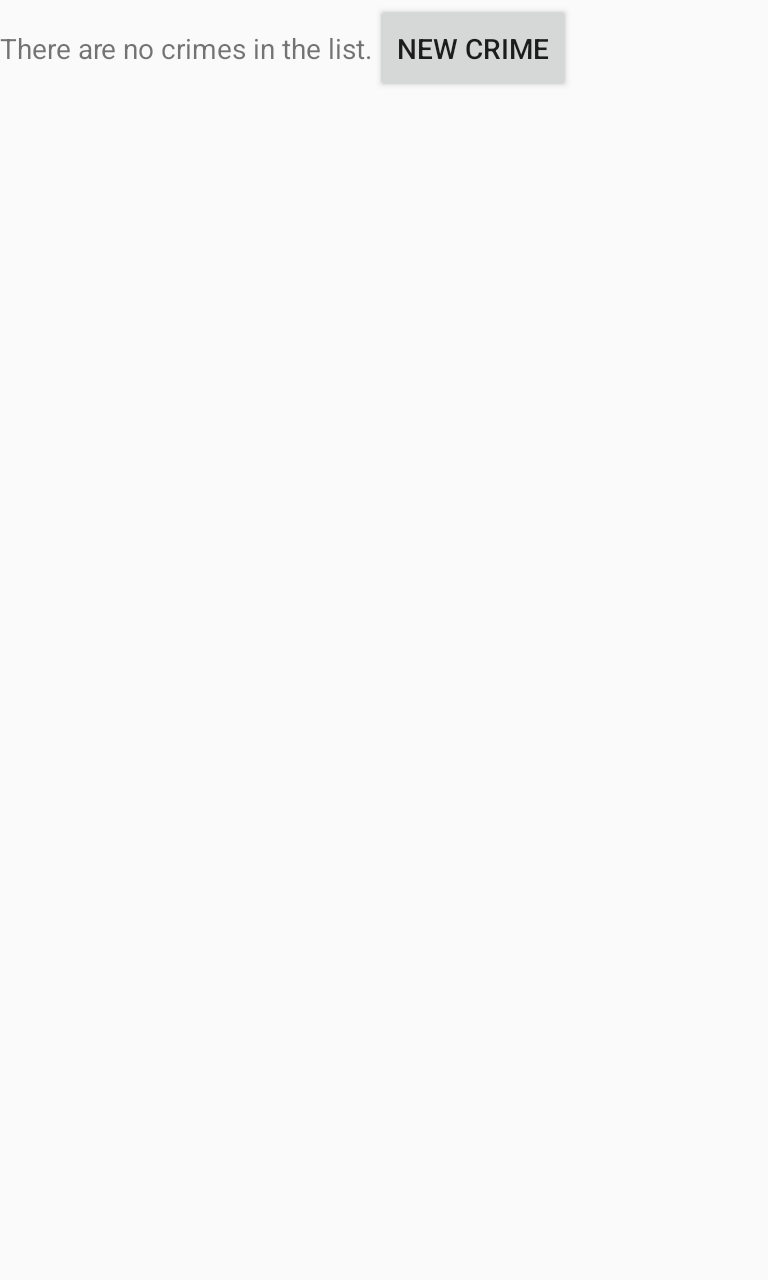
Repository: Jeedan/learning-android-apps
Layout: CriminalIntent/res/layout/fragment_list_empty.xml
The author's editor kept a copy of each file at every save. The layout is drawn from the files as they stood at one save, then again after the next save.
It is drawn on a 768 x 1280 px phone screen (xhdpi) without system bars, with theme AppTheme; the app's code is not run. Lists and similar views that code fills are empty.

Above is the layout before, as saved 2014-10-23 10:13:07.

After the next save:
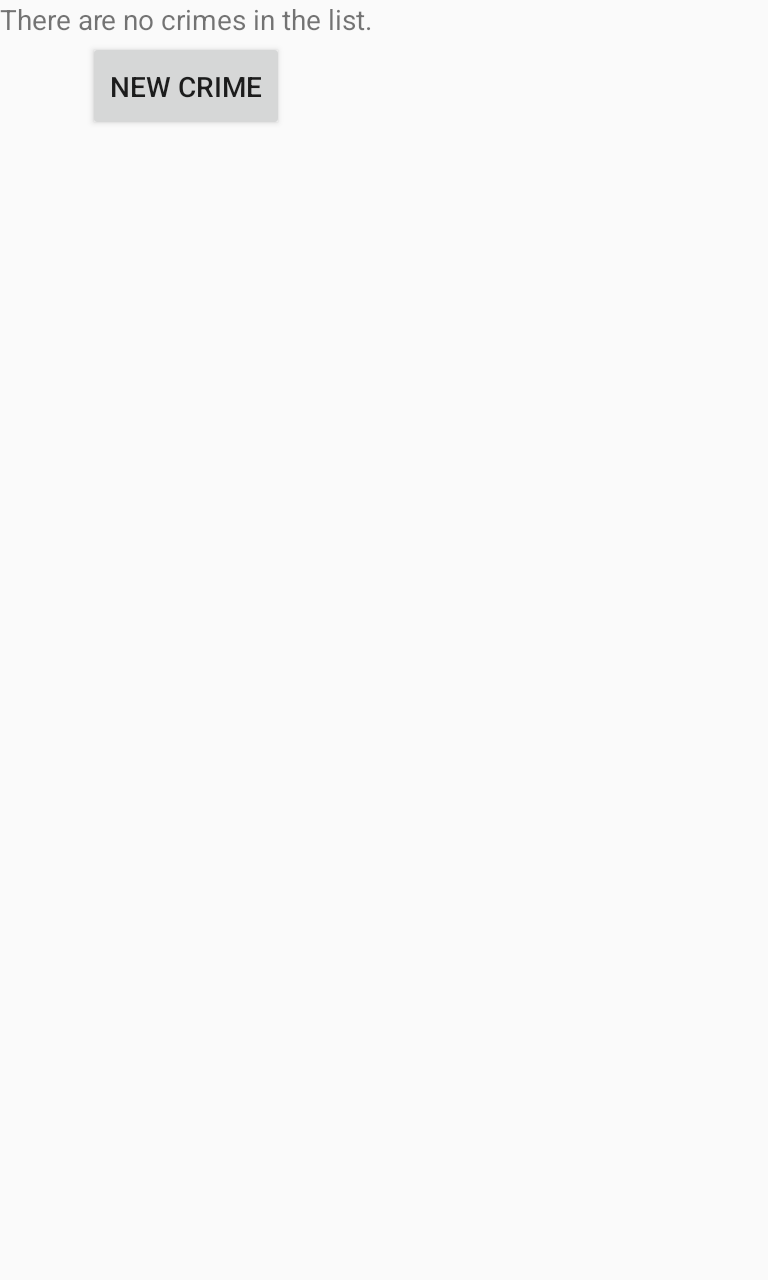
Saved 7 s later.
--- a/CriminalIntent/res/layout/fragment_list_empty.xml
+++ b/CriminalIntent/res/layout/fragment_list_empty.xml
@@ -11,7 +11,8 @@
 
    <LinearLayout
     android:layout_width="wrap_content"
-    android:layout_height="wrap_content" >
+    android:layout_height="wrap_content"
+    android:orientation="vertical" >
     <TextView
         android:id="@android:id/empty"
         android:layout_width="wrap_content"
